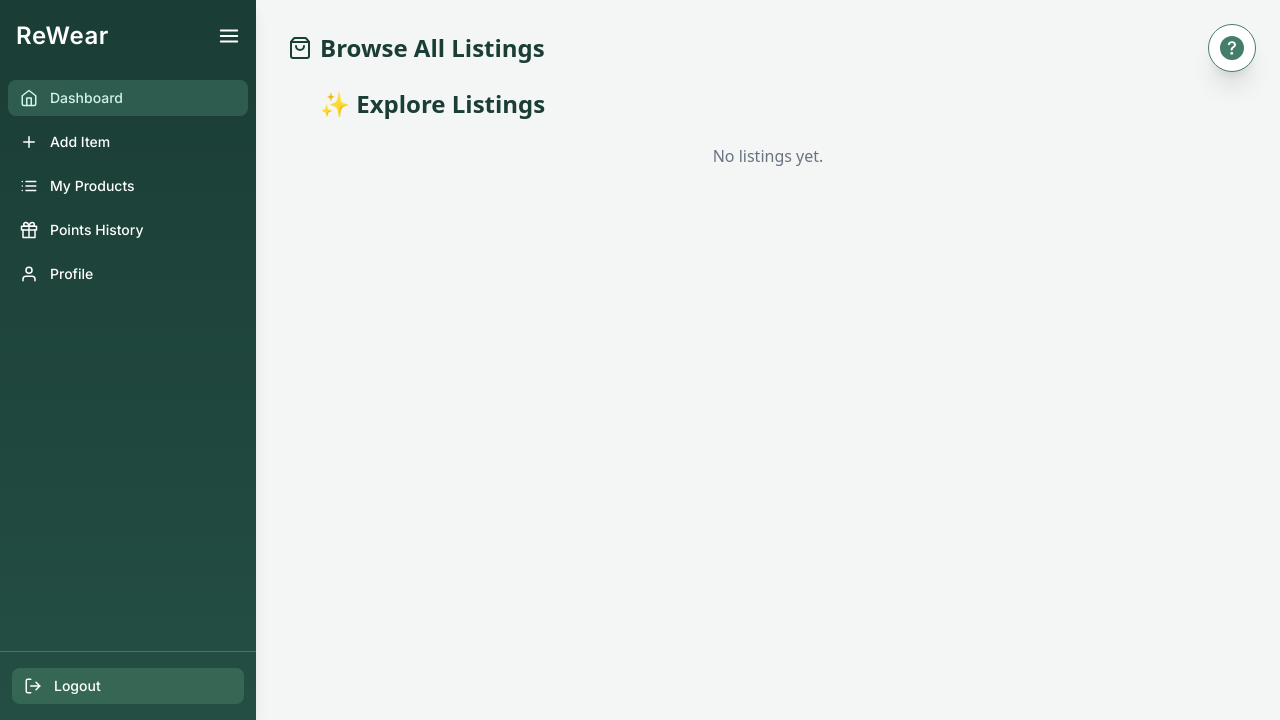
Repository: Swastikkkkk/vv
Page: /user (app in OneDrive/Desktop/Yuzichahal/frontend/)
An editor plug-in stored every save of this project. The page is shown before and after the next save, followed by the edit.
The browser window is 1280 px wide. The pictures show the whole page.
The page's requests for data from a server got no answer. The project was rebuilt for these pictures with package versions that can differ from the ones it lists, and the page was loaded fresh each time. No one was signed in, and anything a server would have sent is missing. Also part of the build but not shown: OneDrive/Desktop/Yuzichahal/frontend/vite.config.js, OneDrive/Desktop/Yuzichahal/frontend/src/components/Navbar.jsx, OneDrive/Desktop/Yuzichahal/frontend/src/components/Herosection.jsx, OneDrive/Desktop/Yuzichahal/frontend/src/components/CategoriesSection.jsx, OneDrive/Desktop/Yuzichahal/frontend/src/components/Footer.jsx, OneDrive/Desktop/Yuzichahal/frontend/src/components/LandingPage.jsx, OneDrive/Desktop/Yuzichahal/frontend/src/components/Particles.css, OneDrive/Desktop/Yuzichahal/frontend/src/components/Signup.jsx and 9 more.

Above is the page before, as saved 2025-07-12 14:11:12.

After the next save:
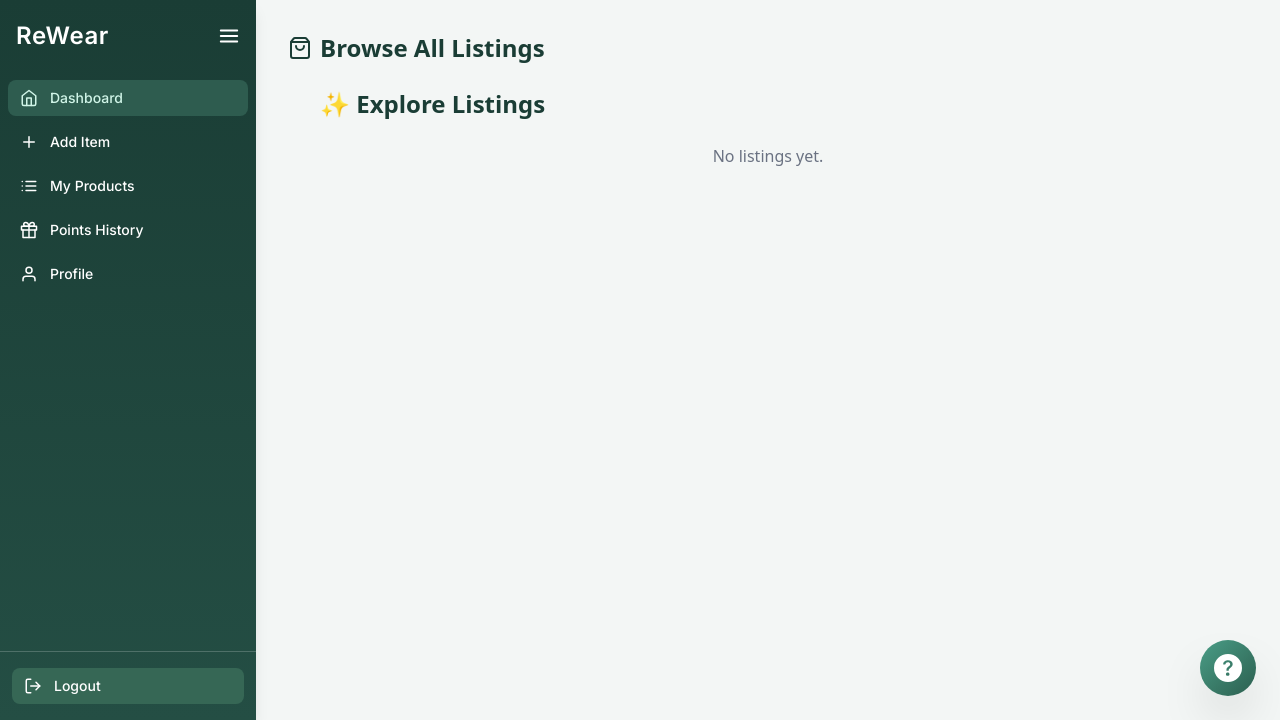
Saved 76 s later.
--- a/OneDrive/Desktop/Yuzichahal/frontend/src/components/user/HelpTooltip.jsx
+++ b/OneDrive/Desktop/Yuzichahal/frontend/src/components/user/HelpTooltip.jsx
@@ -23,52 +23,53 @@ const HelpTooltip = () => {
 
   return (
     <>
-      {/* Floating Question Button */}
+      {/* Floating Help Button */}
       <button
         onClick={() => setIsOpen(true)}
-        className="w-12 h-12 flex items-center justify-center rounded-full bg-white shadow-xl border text-[#447d68] hover:bg-[#447d68] hover:text-white transition-all z-50"
-        title="Learn about points"
+        className="fixed bottom-6 right-6 w-14 h-14 rounded-full bg-gradient-to-br from-[#4a9e87] to-[#2c5f4f] text-white shadow-2xl flex items-center justify-center hover:scale-105 transition-transform duration-300 z-50"
+        title="How points work"
       >
-        <BsQuestionCircleFill className="w-6 h-6" />
+        <BsQuestionCircleFill className="w-7 h-7" />
       </button>
 
-      {/* Modal */}
+      {/* Modal Dialog */}
       <Dialog open={isOpen} onClose={() => setIsOpen(false)} className="relative z-50">
-        <div className="fixed inset-0 bg-black/30 backdrop-blur-sm" aria-hidden="true" />
+        <div className="fixed inset-0 bg-black/40 backdrop-blur-sm" aria-hidden="true" />
         <div className="fixed inset-0 flex items-center justify-center p-4">
-          <Dialog.Panel className="w-full max-w-md rounded-2xl bg-white/70 backdrop-blur-xl p-6 shadow-2xl border border-[#c4dcd4] animate-fade-in relative">
+          <Dialog.Panel className="w-full max-w-lg rounded-3xl bg-white/80 backdrop-blur-xl border border-[#c5e3da] p-8 shadow-2xl animate-fade-in relative">
+
             {/* Close Button */}
             <button
               onClick={() => setIsOpen(false)}
-              className="absolute top-3 right-3 text-gray-500 hover:text-gray-700"
+              className="absolute top-4 right-4 text-gray-500 hover:text-gray-700 transition"
             >
               <FiX className="w-5 h-5" />
             </button>
 
             {/* Title */}
-            <Dialog.Title className="text-2xl font-bold text-[#1a3d35] mb-5">
-              🌟 How ReWear Points Work
+            <Dialog.Title className="text-2xl font-semibold text-[#1c4034] mb-5 flex items-center gap-2">
+              🌿 How ReWear Points Work
             </Dialog.Title>
 
-            {/* Explanation */}
+            {/* Content */}
             <div className="space-y-4 text-sm text-gray-800 leading-relaxed">
-              <p>🧵 <strong>Upload a Product:</strong> +5 points</p>
-              <p>🔁 <strong>Complete an Exchange:</strong> +15 points</p>
-              <p>🎁 <strong>Refer & Earn:</strong> +20 points per signup via your referral link</p>
-              <p>💱 <strong>Use Points:</strong> Redeem points to unlock exclusive listings or faster exchanges</p>
-              <p>📈 <strong>More Points = More Trust</strong>: Earn badges, faster approvals & more visibility</p>
+              <p>🧵 <strong>Upload a Product:</strong> Earn <span className="text-[#2f6453] font-semibold">+5</span> points</p>
+              <p>🔁 <strong>Complete an Exchange:</strong> Earn <span className="text-[#2f6453] font-semibold">+15</span> points</p>
+              <p>🎁 <strong>Refer & Earn:</strong> Get <span className="text-[#2f6453] font-semibold">+20</span> points per successful referral</p>
+              <p>💱 <strong>Use Points:</strong> Unlock premium listings or enjoy faster exchanges</p>
+              <p>📈 <strong>Points = Trust:</strong> Gain badges, quicker approvals & more visibility</p>
             </div>
 
-            {/* Referral Box */}
+            {/* Referral Link */}
             <div className="mt-6">
-              <label className="block text-sm font-semibold text-[#1a3d35] mb-1">
-                Your Referral Link:
+              <label className="block text-sm font-medium text-[#1c4034] mb-2">
+                Your Referral Link
               </label>
-              <div className="flex items-center bg-gray-100 border rounded-lg px-3 py-2">
-                <span className="flex-1 text-xs break-all text-[#1a3d35]">{referralLink}</span>
+              <div className="flex items-center bg-[#eef7f3] border border-[#b6d8cb] rounded-lg px-3 py-2">
+                <span className="flex-1 text-xs break-all text-[#2f5e4d]">{referralLink}</span>
                 <button
                   onClick={handleCopy}
-                  className="ml-2 text-sm text-[#447d68] hover:text-[#2d5b4b] flex items-center"
+                  className="ml-3 text-sm text-[#447d68] hover:text-[#2d5b4b] flex items-center transition"
                 >
                   <FiCopy className="w-4 h-4 mr-1" />
                   {copied ? "Copied!" : "Copy"}
@@ -76,11 +77,11 @@ const HelpTooltip = () => {
               </div>
             </div>
 
-            {/* CTA */}
+            {/* Got It CTA */}
             <div className="mt-6 text-right">
               <button
                 onClick={() => setIsOpen(false)}
-                className="px-4 py-2 bg-[#447d68] text-white rounded-lg hover:bg-[#366755] transition"
+                className="px-5 py-2.5 bg-[#3c7e6b] text-white rounded-xl hover:bg-[#2c5f4f] transition shadow-md"
               >
                 Got it!
               </button>
